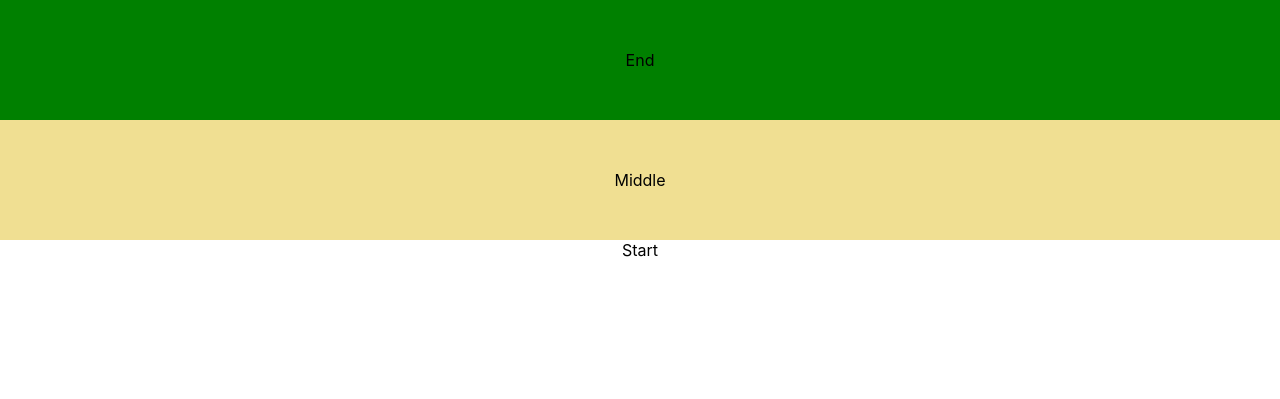
Repository: DerickT02/red-light-green-light
Page: /
An editor plug-in stored every save of this project. The page is shown before and after the next save, followed by the edit.
The browser window is 1280 px wide. The pictures show the whole page.
The project was rebuilt for these pictures with package versions that can differ from the ones it lists, and the page was loaded fresh each time.

Above is the page before, as saved 2021-11-12 08:18:47.

After the next save:
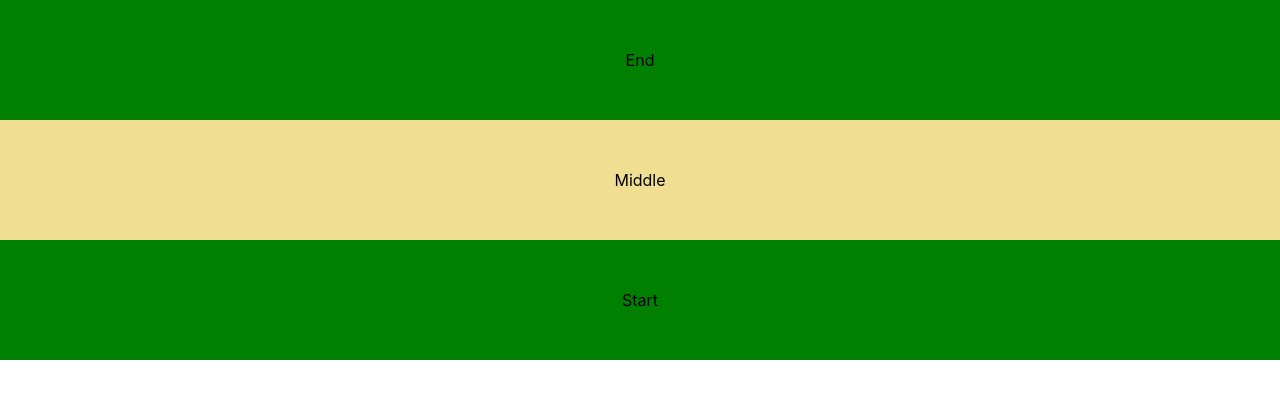
Saved 8 s later.
--- a/src/Field.css
+++ b/src/Field.css
@@ -15,7 +15,7 @@
 
 }
 
-.Field .End{
+.Field .Start{
     padding: 50px;
     background-color: green;
 
